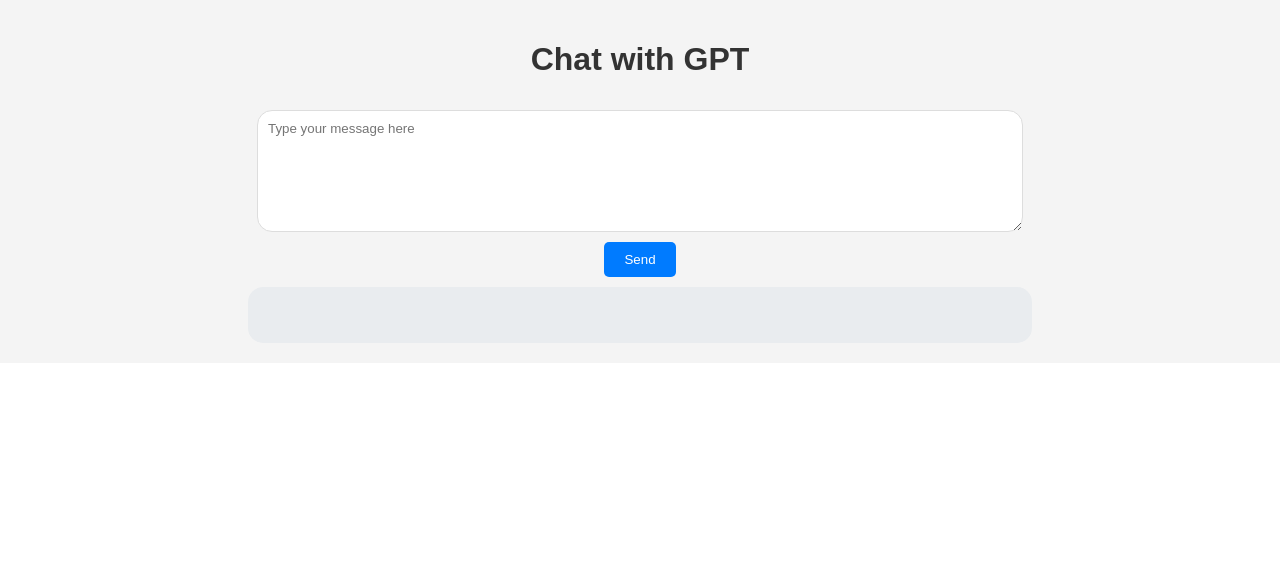
Repository: jforjay1/Custom-GPT
Page: / (app in ethem-alpaydin-gpt/)
The author's editor kept a copy of each file at every save. The page is drawn from the files as they stood at one save, then again after a run of saves.
The browser window is 1280 px wide. The pictures show the whole page.
The project was rebuilt for these pictures with package versions that can differ from the ones it lists, and the page was loaded fresh each time.

Above is the page before, as saved 2024-01-09 17:59:24.

After the next 3 saves:
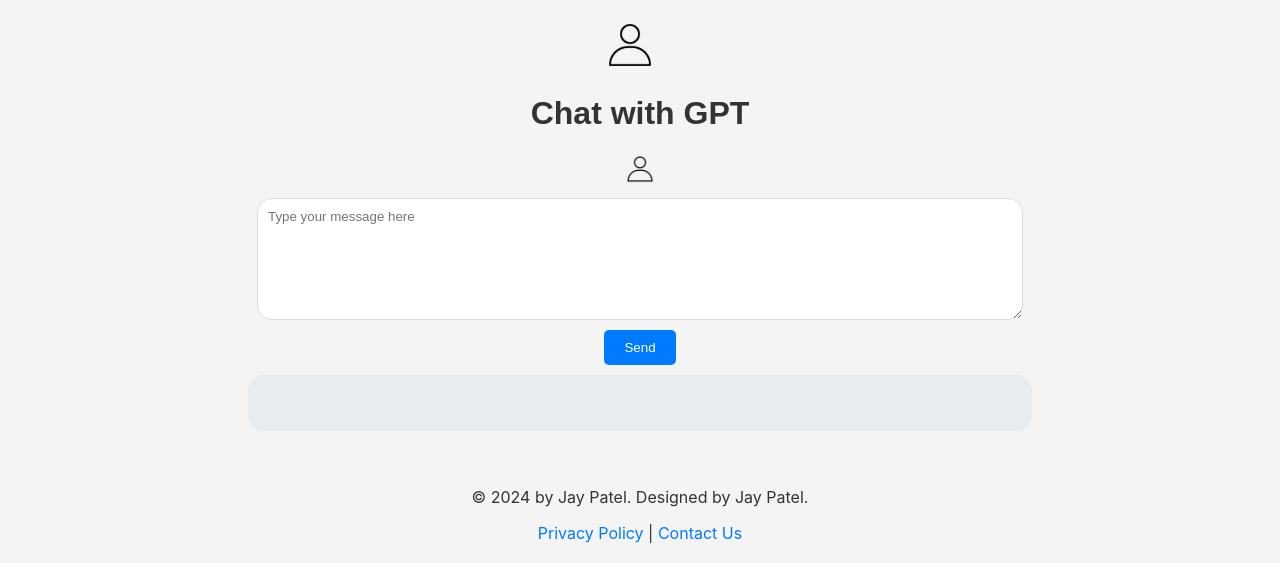
The 3 saves are shown as one change because 2 did not build or start.
The last was saved 12 min 36 s later.
--- a/ethem-alpaydin-gpt/src/App.js
+++ b/ethem-alpaydin-gpt/src/App.js
@@ -1,8 +1,11 @@
 import React, { useState } from 'react';
 import axios from 'axios';
 import './App.css';
+import logo from './profile.png'; // Path to your logo image
+import userIcon from './profile.png';
 
 function App() {
+  const [showProfile, setShowProfile] = useState(false);
   const [message, setMessage] = useState('');
   const [response, setResponse] = useState('');
 
@@ -23,7 +26,22 @@
   return (
     <div className="App">
       <header className="App-header">
+        <img src={logo} alt="Company Logo" className="company-logo" />
         <h1>Chat with GPT</h1>
+        <div className="user-section">
+          <img
+            src={userIcon}
+            alt="User Icon"
+            className="user-icon"
+            onClick={() => setShowProfile(!showProfile)}
+          />
+          {showProfile && (
+            <div className="profile-dropdown">
+              <p>User Profile Info</p>
+              {/* Add more user info here */}
+            </div>
+          )}
+        </div>
         <div className="chat-container">
           <textarea
             className="message-input"
@@ -37,6 +55,10 @@
           </div>
         </div>
       </header>
+      <footer className="App-footer">
+        <p>© 2024 by Jay Patel. Designed by Jay Patel.</p>
+        <a href="/privacy-policy">Privacy Policy</a> | <a href="/contact-us">Contact Us</a>
+      </footer>
     </div>
   );
 }
